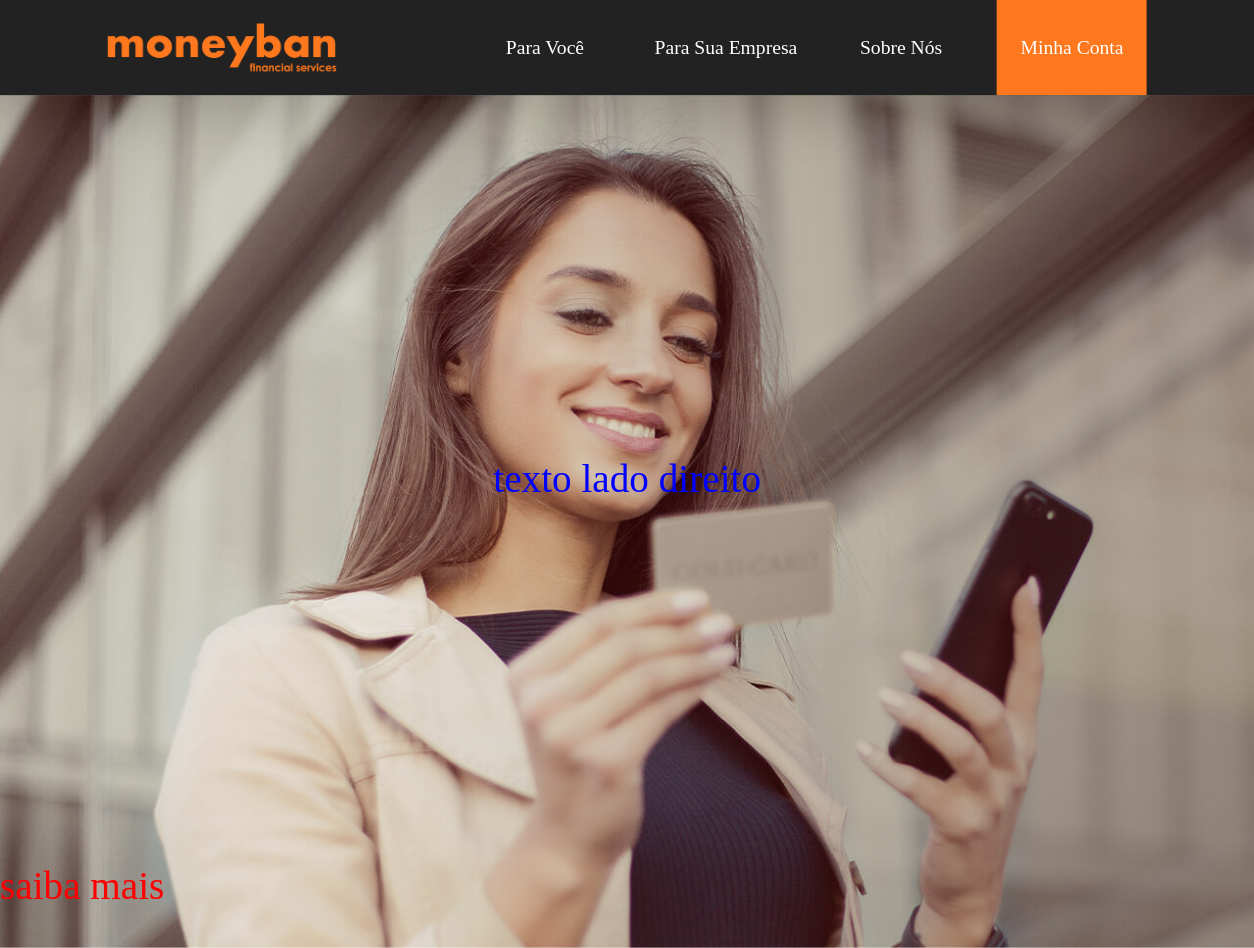
Repository: IvanCardoso91/moneyban
Page: index.html
These files come from the project's save history. The page is drawn as it stood at one moment and after the next save; the edit follows.
The browser window is 1280 px wide. The pictures show the whole page, at 98% of full size.
Some icons come from a web library that is not loaded, so they are not drawn. Some web fonts or font styles are not loaded; a fallback is used.

Above is the page before, as saved 2020-12-15 01:17:31.

After the next save:
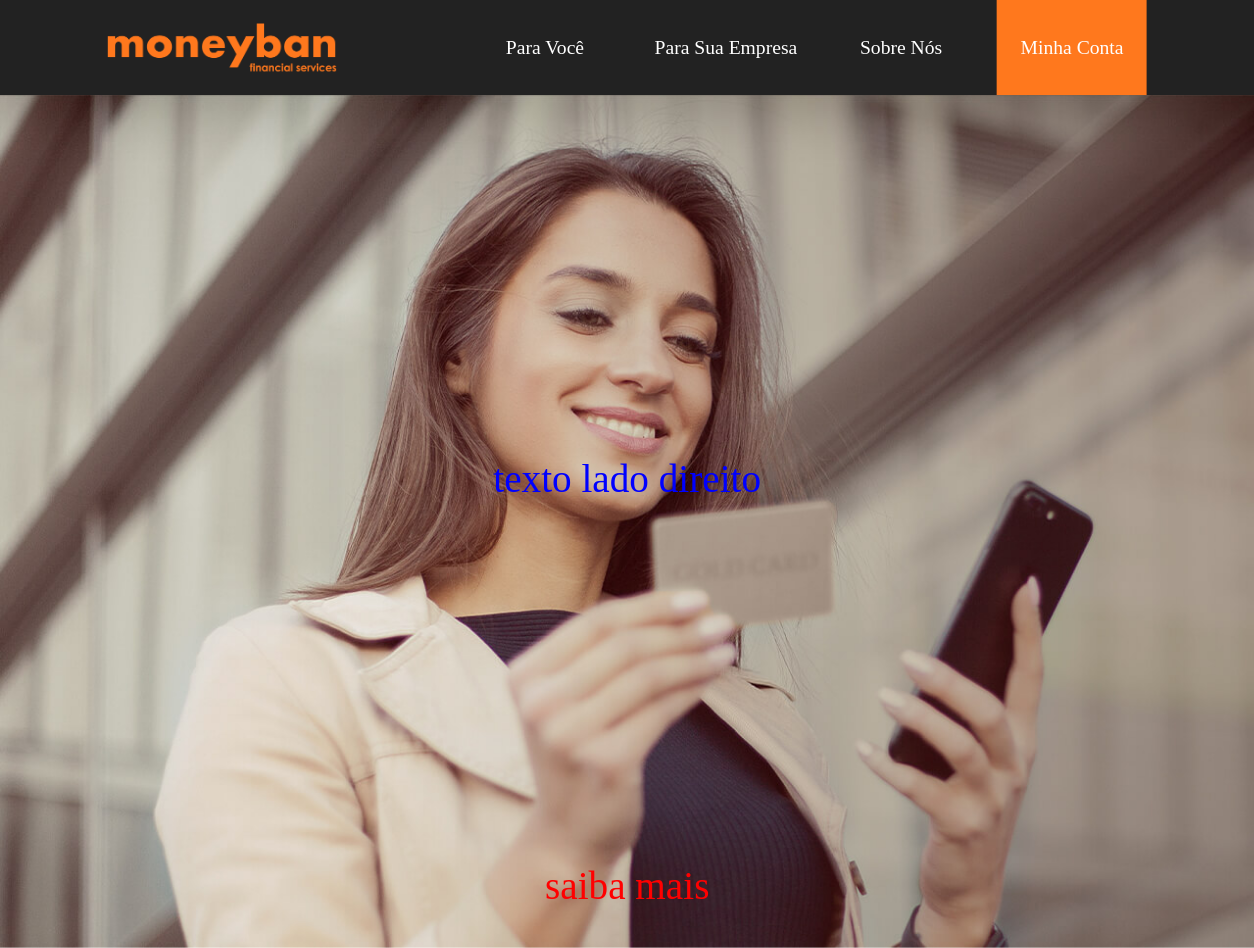
Saved 6 s later.
--- a/index.html
+++ b/index.html
@@ -48,7 +48,7 @@
         <div class="right-side-text">
             texto lado direito
         </div>
-        <div style="font-size: 40px; color: red">
+        <div class="center-know-more">
             saiba mais
         </div>
     </div>
